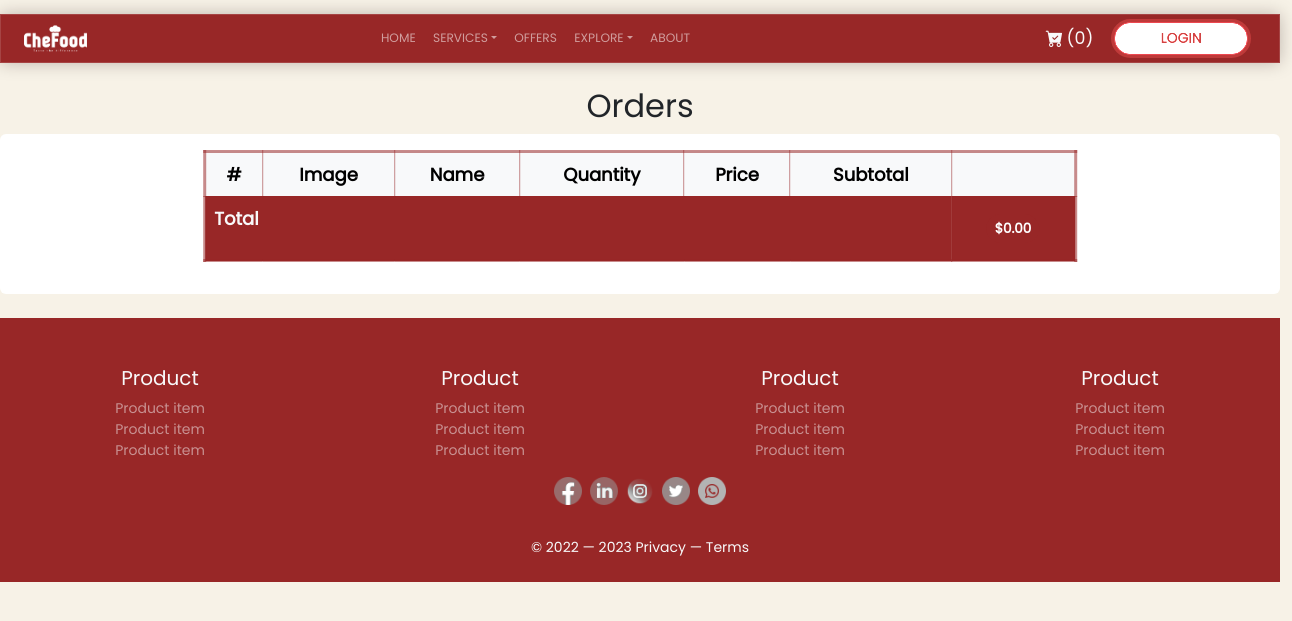
Repository: qamchamine/chefood
Page: /cart (app in front-end/)
The author's editor kept a copy of each file at every save. The page is drawn from the files as they stood at one save, then again after the next save.
The browser window is 1280 px wide. The page is 1292 px wide, so the pictures cover 1292 px, including what lies to the right of the window. The pictures show the whole page.
The project was rebuilt for these pictures with package versions that can differ from the ones it lists, and the page was loaded fresh each time. Some packages were replaced by stand-ins written for this rebuild. Also part of the build but not shown: front-end/src/css/products.css, front-end/src/components/small_components/ProductCard.jsx, front-end/src/components/small_components/AddProduct.jsx, front-end/src/components/pages/sub-pages/Products.jsx, front-end/src/components/small_components/ButtonMain.jsx, front-end/src/components/small_components/HomeCard.jsx, front-end/src/components/small_components/HomeCardFullSection.jsx, front-end/src/components/pages/Home.jsx and 34 more. Imported but missing from the stored project, and not drawn on this page: front-end/src/sounds/applause.mp3, front-end/src/sounds/wheel.mp3.

Above is the page before, as saved 2023-06-25 20:21:02.

### front-end/public/index.html
<!DOCTYPE html>
<html lang="en">
  <head>
    <meta charset="utf-8" />
    <link rel="icon" href="%PUBLIC_URL%/favicon.ico" />
    <meta name="viewport" content="width=device-width, initial-scale=1" />
    <meta name="theme-color" content="#000000" />
    <meta
      name="description"
      content="Web site created using create-react-app"
    />
    <link
    rel="stylesheet"
    href="https://fonts.googleapis.com/css?family=Roboto:400,700"
  />
  <link rel="stylesheet" href="https://cdn.jsdelivr.net/npm/bootstrap-icons@1.10.5/font/bootstrap-icons.css">

    <link rel="apple-touch-icon" href="%PUBLIC_URL%/logo192.png" />
    <link rel="manifest" href="%PUBLIC_URL%/manifest.json" />

    <link rel="stylesheet" href="https://fonts.googleapis.com/icon?family=Material+Icons">

    <link rel="stylesheet" href="https://maxcdn.bootstrapcdn.com/font-awesome/4.7.0/css/font-awesome.min.css">
    <script src="https://code.jquery.com/jquery-3.5.1.min.js"></script>
    <script src="https://cdn.jsdelivr.net/npm/popper.js@1.16.0/dist/umd/popper.min.js"></script>




    <title>React App</title>
  </head>
  <body>

    <div id="root"></div>
<!--     <script src="jquery/jquery-3.6.0.js"></script>  -->
    <script src="https://unpkg.com/sweetalert/dist/sweetalert.min.js"></script>

  </body>
</html>

### front-end/src/config/ShoppingContext.jsx

  import React, { createContext, useState, useEffect } from 'react';
  import Swal from 'sweetalert2'
  import axios from 'axios';

   const ShoppingContext = createContext();

const ShoppingProvider = ({ children }) => {
/*     const [orders,setOrders] = useState([])
     */

/*       function removeFromCart(item){
        setCartItems(cartItems.filter(product => product.id !== item.id));
        Swal.fire({
          position: 'top-end',
          icon: 'success',
          title: 'Your item has been removed',
          showConfirmButton: false,
          timer: 1500
        });
      } */

      return (
    <ShoppingContext.Provider value={
        { /* orders,setOrders */
          /* products,  cartItems, removeFromCart */
        }
      }>      {children}
    </ShoppingContext.Provider>
  );
};
export { ShoppingContext, ShoppingProvider }

### front-end/src/components/Footer.jsx
import React, { useEffect } from 'react'

import Facebook from '../images/icons/facebook.png'
import Linkedin from '../images/icons/linkedin.png'
import Instagram from '../images/icons/instagram.png'
import Twitter from '../images/icons/twitter.png'
import Whatsapp from '../images/icons/whatsapp.png'
import './../css/nav-footer.css';
export default function Footer() {

    return (
        <div className='footer container-fluid' style={{ background: '#982727' }}>
            <footer className=' py-2 pt-5 d-grid text-light'>
                <div className='row justify-content-around text-center '>
                    <div className='d-grid col-6 col-sm-12 col-md-6 col-lg-4 col-xl-3'>
                        <h5>Product</h5>
                        <a className='text-decoration-none text-light opacity-50' href="">Product item</a>
                        <a className='text-decoration-none text-light opacity-50' href="">Product item</a>
                        <a className='text-decoration-none text-light opacity-50' href="">Product item</a>
                    </div>
                    <div className='d-grid col-6 col-sm-12 col-md-6 col-lg-4 col-xl-3'>
                        <h5>Product</h5>
                        <a className='text-decoration-none text-light opacity-50' href="">Product item</a>
                        <a className='text-decoration-none text-light opacity-50' href="">Product item</a>
                        <a className='text-decoration-none text-light opacity-50' href="">Product item</a>
                    </div>
                    <div className='d-grid col-6 col-sm-12 col-md-6 col-lg-4 col-xl-3'>
                        <h5>Product</h5>
                        <a className='text-decoration-none text-light opacity-50' href="">Product item</a>
                        <a className='text-decoration-none text-light opacity-50' href="">Product item</a>
                        <a className='text-decoration-none text-light opacity-50' href="">Product item</a>
                    </div>
                    <div className='d-grid col-6 col-sm-12 col-md-6 col-lg-4 col-xl-3'>
                        <h5>Product</h5>
                        <a className='text-decoration-none text-light opacity-50' href="">Product item</a>
                        <a className='text-decoration-none text-light opacity-50' href="">Product item</a>
                        <a className='text-decoration-none text-light opacity-50' href="">Product item</a>
                    </div>
                </div>
                <div className='footer-icons row justify-content-center py-3 '>
                    <div className='d-flex gap-2 justify-content-center'>
                        <a href=""> <img src={Facebook} className='footer-icon' alt="" /> </a>
                        <a href=""> <img src={Linkedin} className='footer-icon' alt="" /> </a>
                        <a href=""> <img src={Instagram} className='footer-icon' alt="" /> </a>
                        <a href=""> <img src={Twitter} className='footer-icon' alt="" /> </a>
                        <a href=""> <img src={Whatsapp} className='footer-icon' alt="" /> </a>

                    </div>
                </div>
                <div className='row justify-content-center py-3'>
                    © 2022 — 2023 Privacy — Terms
                </div>
            </footer>
        </div>

    )
}

### front-end/src/css/home.css
.homeBG {
    height: fit-content;
    position: relative;
    right: -10%;
    top: 34%;
    z-index: -1;
    width: 100em !important;


}
@font-face {
    font-family: 'poppin';
    src: url('../fonts/Poppins/Poppins-Regular.ttf') ;
    font-weight: normal;
    font-style: normal;
  }
body {
    font-family:'poppin', sans-serif !important;
    background-color: #F7F2E7 !important;
    max-width: 100vw;
    font-weight: normal !important;
    overflow-x: hidden;
    font-size: 14px !important;
}

body::-webkit-scrollbar {
    width: 0;
}

.nb {
/*     position: fixed; */
/*     top: 1em; */
    background-color: #982727 !important;
    box-shadow: 0 0px 20px #1f020241;
    border: 1px solid #ffffff22;
}

.navbar {
    background-color: #982727 !important;
}

.changeColor {
    background-color: blue !important;
}

.signUP {
    background: white !important;
    color: #982727 !important;
    font-weight: bold !important;
    outline: 5px solid #982727ab;
    outline-offset: -2px;
    transition: 500ms ease;


}

.homeContent {
    height: 90vh;
    z-index: 0;
    margin-top: -1.5em !important;
}

.homeContent h1 {
    color: #F7F2E7;
    text-align: start;
width: 40vw !important;
}

.homeContent h1 span {
    position: relative;
    display: inline-block;
    margin-bottom: 10px;
    padding: 4px 20px 8px;
    transition: 1s ease;
}

.homeContent h1 span::before {
    content: '';
    position: absolute;
    background: #982727;
    left: 0;
    top: 0;
    z-index: -1;
    width: 100%;
    height: 100%;
    transform: skew(-10deg);
}

.homeContent h1 span:last-child::before {
    transform: skew(10deg);
}

.homeContent p {
    width: 72%;
    color: #982727;
    text-align: left;
}

.homeContent .homeMainButtons {
    width: 72%;
}

.cardBtn {
    transition: 1s ease;
}

.cardBtn:hover {
    filter: brightness(130%);

}

.cardBtn i {
    left: 63%;
    transition: 300ms ease;
}

.cardBtn:hover i {
    left: 75%;
}

.btnMain:hover {
    filter: brightness(130%);
}

.card-img-top {
    object-fit: cover;
}

.signUP:hover {

    background: #982727 !important;
    color: white !important;
    font-weight: bold !important;
    outline: 5px solid #ffffff55;
    outline-offset: -4px;
}

.cardsGroup:not(:first-child) {
    translate: 50% 0;
}

.arrow-1-1 {
    position: absolute;
    top: 50%;
    left: 0;
}

.home .carousel-control-prev-icon,
.home .carousel-control-next-icon {

    width: 1.3em;
    height: 1.3em;
    color:black !important;

    outline: 12px solid #982929;
    outline-offset: -1px;
    background-color: #982929;
    background-size: 100%, 100%;
    border-radius: 50%;
    box-shadow: 0 0 10px black;
}

.home .carousel-control-prev,
.home .carousel-control-next {
    z-index: 10;
    width: 4em !important;
/*     background: red; */

}

/* .py-4 {
    padding-top: 0rem !important;
    padding-bottom: 0rem !important;
} */

.nb{
    zoom:87%;
}

### front-end/src/css/cart.css
.ajouterPanierTable td{
    font-size: .9em;
    width: fit-content !important;
    text-align: center;
}
.ajouterPanierTable th{
    width: fit-content !important;
    text-align: center;
}
.ajouterPanierTable {
width: 70% !important;
position: relative;
left: 50%;
translate: -50% 0;
border: .2em solid #98272788 !important;
}
.cart-page .card {
    box-shadow:none;
}

### front-end/src/css/Reviews.css
.Reviews-color
{
  color : #982727;
  text-transform: uppercase;
  letter-spacing: 0.5em;
}
.Reviews-paragraph
{
  font-size: 0.8em;
}
.parent-card{
    margin-top:50px !important;
}
.card
{
    border: none !important;
    box-shadow: 0 4px 8px 0 rgba(0, 0, 0, 0.2), 0 6px 20px 0 rgba(0, 0, 0, 0.19);
}
.user-name
{
    color : #000D7E;
}
.description
{
    color: #982727;
    font-size: 0.75em;
}
.comment{
    margin:5px;
    font-size:0.55em;
}
.reviewCardImage{
    margin-top:16px;
}
.reviewCard:hover .reviewCardImage{
    scale:1.2;
    margin-inline:.3em;
}
.reviewCard:hover .reviewCardImage{
    transition:300ms ease;
}
.reviewCard:hover .hoverstar{
    scale:1.2;
    margin-inline:.3em;
}
.reviewCard .hoverstar{
    transition:300ms ease;
}
.reviewCardImage{
    width:40%;
    transition:300ms ease;
}

.reviewCard strong{
    left:50%;
    translate:-50% 0;
    width:100%;
    bottom:.9em;
}

.the-bottom-page{
    margin-top:25px;
    position: absolute;
    left: auto;
    right: 0;
}

@media (max-width: 1200px) { /* Extra large devices (large desktops, 1200px and up) */
    .card {
      width: 100%;
    }
    .col-4 {
      width: 33.33333333%;
    }
    strong img{
        width: 19px;
    }
  }
  @media (max-width: 1118px) { /* Large devices (desktops, 992px and up) */
    .card {
      width: 100%;
    }
    .col-4 {
        width: 33.33333333%;
    }
    strong img{
        width: 16px;
    }
  }
  @media (max-width: 992px) { /* Medium devices (tablets, 768px and up) */
    .card {
        width: 140%;
    }
  }
  @media (max-width: 770px) { /* Medium devices (tablets, 768px and up) */
    .card {
        width: 95%;
    }
    .col-4 {
        width: 25% !important;
    }
    .parent-card
    {
        --bs-gutter-x: 0.5rem;
        display: grid !important;
        grid-template-columns: repeat(2, 1fr);
    }
    .col-4 {
        margin-top:10px !important;
        width: 60% !important;
    }
  }
  @media (max-width: 716px) { /* Small devices (landscape phones, 576px and up) */

    .card {
        width: 95%;
    }
        strong img{
        width: 16px;
    }
  }
  @media only screen and (max-width: 576px){ /* Small devices (landscape phones, 576px and up) */

    .card {
        width: 95%;
    }
    .col-md-2 {
        flex: 0 0 16.666667%;
        max-width: 16.666667%;
    }
    strong img{
        width: 16px;
    }
  }

  @media only screen and (max-width: 528px){ /* Small devices (landscape phones, 576px and up) */

    .card {
        width: 70%;
        margin-left:30px;
    }
    .parent-card
    {
        --bs-gutter-x: 0.5rem;
        display: grid !important;
        grid-template-columns: repeat(1, 1fr);
    }
    .col-md-2 {
        flex: 0 0 16.666667%;
        max-width: 16.666667%;
    }
    strong img{
        width: 16px;
    }
  }

  @media only screen and (max-width: 365px){ /* Small devices (landscape phones, 576px and up) */

    .card {
        width: 80%;
        margin-left:20px;
    }
    .parent-card
    {
        --bs-gutter-x: 0.5rem;
        display: grid !important;
        grid-template-columns: repeat(1, 1fr);
    }
    .col-md-2 {
        flex: 0 0 16.666667%;
        max-width: 16.666667%;
    }
    strong img{
        width: 16px;
    }
  }

### front-end/src/css/location.css
@import url('https://fonts.googleapis.com/css2?family=Roboto:wght@100&display=swap');

.location-color
{
  color : #982727;
  text-transform: uppercase;
  letter-spacing: 0.3em;
}
.where-restorant
{
    width: 459px;
    margin:auto;
}
.restorant-location-title{
    font-family: 'Century Gothic';
    font-size:32px;
    font-weight:400;
}
.restorant-location-line{
    background:#B12222;
    height: 3px;
    width: 450px;
    display: inline-block;
    margin: 15px auto;
}
.restorant-location-p
{
    color:#000000 75%;
    font-size: 15px;
    font-weight: 400;
    font-family: 'Roboto', sans-serif;
}
.main-location{
    display: grid !important;
    grid-template-columns: repeat(2, 1fr);
    flex-direction: column;
    justify-content: center;
    align-items: center;
    text-align:center;
}
.restorant-location-btn{
    background-color: #B12222;
    border: none;
    width: 300px;
    height: 40px;
    border-radius: 15px;
    color: #fff;
}
.restorant-location-btn:hover{
    background-color: #fff;
    border: 2px solid #B12222;
    border-radius: 15px;
    color: #B12222;
}
.location-icon{
    margin-right: 15px;
}


  @media (max-width: 1123px) { /* Extra large devices (large desktops, 1200px and up) */
    .earth-image img{
        width: 450px;
    }
  }
  @media (max-width: 992px) { /* Medium devices (tablets, 768px and up) */
    .earth-image img{
        width: 400px;
    }
    .where-restorant {
        width: 400px;
        margin: auto;
    }
    .restorant-location-line{
        width: 350px;
        display: inline-block;
    }
  }
  @media (max-width: 868px) { /* Medium devices (tablets, 768px and up) */

    .earth-image img{
        width: 380px;
    }
    .where-restorant {
        width: 380px;
        margin: auto;
    }
    .restorant-location-line{
        width: 320px;
        display: inline-block;
    }
    .restorant-location-p{
        font-size: 13px;
    }
    .restorant-location-title{
        font-size:28px;
    }

  }
  @media (max-width: 783px) { /* Small devices (landscape phones, 576px and up) */
    .earth-image img{
        margin-top: 30px;
        width: 380px;
    }
    .where-restorant {
        width: 380px;
        margin: auto;
    }
    .restorant-location-line{
        width: 320px;
        display: inline-block;
    }
    .restorant-location-p{
        font-size: 15px;
    }
    .restorant-location-title{
        font-size:32px;
    }
    .main-location{
        display: grid !important;
        grid-template-columns: repeat(1, 1fr);
        justify-items: center;
        text-align:center;
    }
  }
  @media(max-width: 401px){ /* Small devices (landscape phones, 576px and up) */
    .earth-image img{
        width: 330px;
        margin-top: 30px;
    }
    .where-restorant {
        width: 330px;
        margin: auto;
    }
    .restorant-location-line{
        width: 320px;
        display: inline-block;
    }
    .restorant-location-p{
        font-size: 13px;
    }
    .restorant-location-title{
        font-size:28px;
    }
    .main-location{
        display: grid !important;
        grid-template-columns: repeat(1, 1fr);
        justify-items: center;
        text-align:center;
    }
  }

### front-end/src/css/contactus.css
@import url('https://fonts.googleapis.com/css2?family=Inter:wght@200;400&family=Quattrocento+Sans&family=Roboto&display=swap');

.contactus-color{
    color : #982727;
    text-transform: uppercase;
    letter-spacing: 0.3em;
}
.image-contactus img{
    height: 620px;
}
.main-contactus{
    display: grid !important;
    grid-template-columns: repeat(2, 1fr);
    justify-items: center;
}
.message-information-send{
    width:auto;
    margin:auto;
}
.message-information-send label
{
    margin:25px 0 10px 0;
    font-family: 'Inter';
    font-style: normal;
    font-weight: 400;
    font-size: 13px;
    line-height: 26px;
    color: #692C2C;
}
.message-information-send input{
    padding:3px 15px;
    margin:15 0px;
    Width:425px;
    Height:56px;
    background: #F7F2E7;
    border: 2px solid #982727;
    border-radius: 5px;
}
.message-information-send {
    outline: none;
}
.message-information-send textarea{
    padding:15px;
    Width:425px;
    Height:220px;
    background: #F7F2E7;
    border: 2px solid #982727;
    border-radius: 5px;
}
.message-information-send textarea,input::placeholder{
    font-family: 'Inter';
    font-style: normal;
    font-weight: 200;
    font-size: 12px;
}
.message-information-send input,textarea:focus-visible{
    outline: none;
}
.send-contact-btn{
    margin-top: 14px;
    background-color: #B12222;
    border: none;
    width: 425px;
    height: 40px;
    border-radius: 15px;
    color: #fff;
    font-family: 'Roboto';
    font-style: normal;
    font-weight: 500;
    font-size: 19px;
}
.send-icon{
    margin-right:15px;
}
.send-contact-btn:hover{
    background-color: #fff;
    border: 2px solid #B12222;
    border-radius: 15px;
    color: #B12222;
}









  @media (max-width: 1118px) { /* Large devices (desktops, 992px and up) */
    .image-contactus img{
        height: 620px;
        width:550px;
    }

    .message-information-send input{
        width:325px;
    }
    .message-information-send textarea{
        width:325px;
    }
    .send-contact-btn{
        width:325px;
    }
  }
  @media (max-width: 992px) { /* Medium devices (tablets, 768px and up) */
    .image-contactus img{
        margin: auto;
        height: 550px;
        width:450px;
    }
    .message-information-send{
        margin-right:50px;
    }
    .message-information-send input{
        width:325px;
    }
    .message-information-send textarea{
        width:325px;
    }
    .send-contact-btn{
        width:325px;
    }
  }
  @media (max-width: 881px) { /* Medium devices (tablets, 768px and up) */
    .image-contactus img{
        margin: auto;
        height: 550px;
        width:450px;
    }
    .main-contactus{
        display: grid !important;
        grid-template-columns: repeat(1, 1fr);
        flex-direction: column;
        justify-content: center;
        align-items: center;
    }
    .message-information-send{
        margin:auto;
    }
    .message-information-send input{
        width: 425px;
    }
    .message-information-send textarea{
        width: 425px;
    }
    .send-contact-btn{
        width: 425px;
    }
  }


  @media only screen and (max-width: 467px){ /* Small devices (landscape phones, 576px and up) */

    .image-contactus img{
        margin: auto;
        height: 500px;
        width:330px;
    }
    .main-contactus{
        display: grid !important;
        grid-template-columns: repeat(1, 1fr);
        justify-items: center;
    }
    .message-information-send{
        margin:auto;
    }
    .message-information-send input{
        width: 325px;
    }
    .message-information-send textarea{
        width: 325px;
    }
    .send-contact-btn{
        width: 325px;
    }

  }

### front-end/src/css/Timer.css

@import url(https://fonts.googleapis.com/css?family=Titillium+Web:400,200,200italic,300,300italic,900,700italic,700,600italic,600,400italic);

/* .timer {
  font-family: 'Titillium Web', cursive;
  width: 800px;
  margin: 0 auto;
  text-align: center;
  color: white;
  background: #222;
  font-weight: 100;
} */

.timer {
  display: inline-flex;
  line-height: 1;
  padding: 20px;
  font-size: 40px;
  font-family: 'Times New Roman', cursive;


}
.timerD{
    border-radius: 2px;
    padding: 5px;
    font-size: 10px;
    border: 70px rgb(131, 55, 55);
    box-shadow:2px 2px 4px rgba(0, 0, 0, 0.4), 4px 4px 8px rgba(0, 0, 0, 0.2);
}

.Stime {
  display: block;
  font-size: 20px;
  color: rgb(206, 178, 19);

}

#days {
  font-size: 80px;
  color: rgb(92, 25, 5);
  background-color:rgb(230, 230, 234);

  margin: 15px;
}
#hours {
  font-size: 80px;
  color: rgb(92, 25, 5);
  background-color:rgb(230, 230, 234);
  margin: 15px;
}
#minutes {
  font-size: 80px;

  color: rgb(92, 25, 5);
  background-color:rgb(230, 230, 234);
  margin: 15px;
}
#seconds {
  font-size: 80px;
  color: rgb(92, 25, 5);
  background-color:rgb(230, 230, 234);
  margin: 15px;
}

Loaded but not shown: front-end/src/index.css (common file); front-end/src/config/LoginContext.js (93 lines, source omitted); front-end/src/App.js (42 lines, source omitted); front-end/src/index.js (24 lines, source omitted); front-end/src/css/reservation.css (400 lines, source omitted); front-end/src/components/Navbar.jsx (179 lines, source omitted); front-end/src/components/small_components/shopping/Cart.jsx (89 lines, source omitted); front-end/src/css/nav-footer.css (258 lines, source omitted)

After the next save:
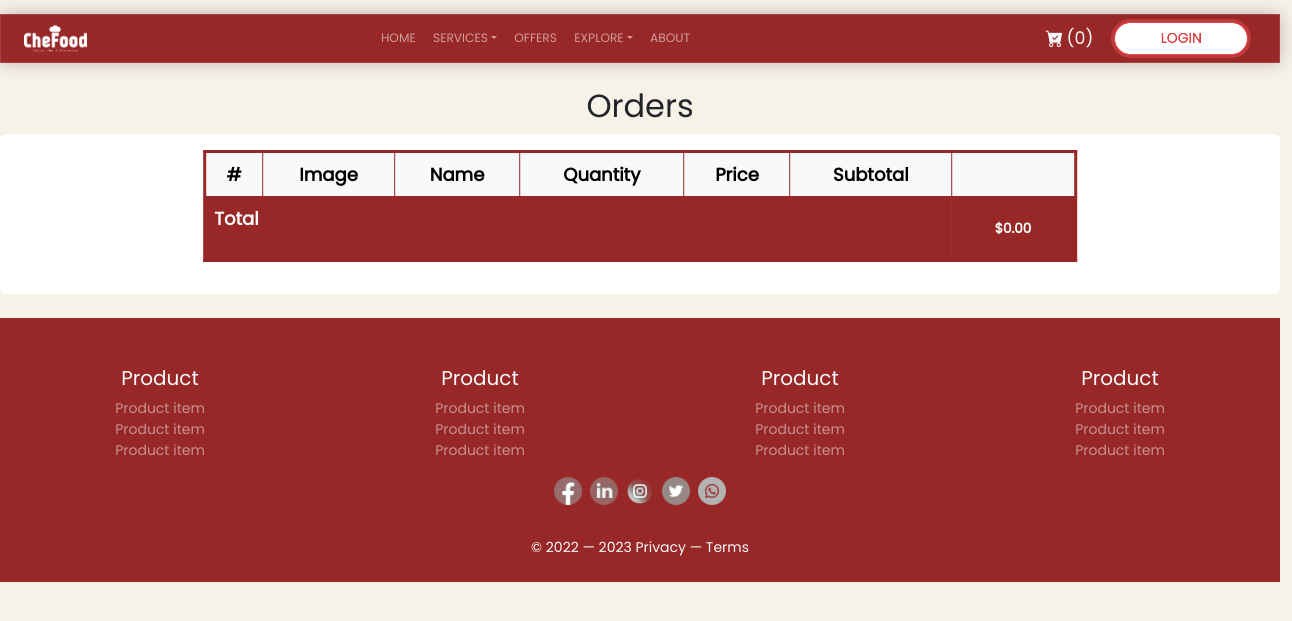
Saved 6 s later.
--- a/front-end/src/css/cart.css
+++ b/front-end/src/css/cart.css
@@ -12,7 +12,7 @@ width: 70% !important;
 position: relative;
 left: 50%;
 translate: -50% 0;
-border: .2em solid #98272788 !important;
+border: .2em solid #982727 !important;
 }
 .cart-page .card {
     box-shadow:none;
